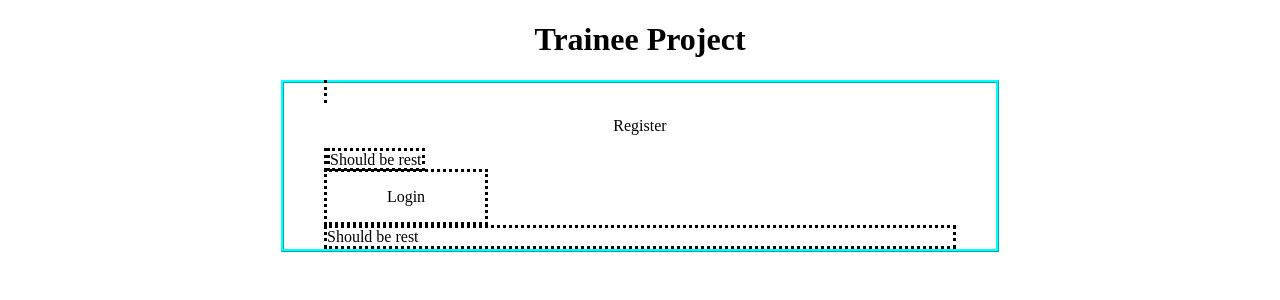
Repository: LsCodeMaster/Training
Page: Trainee/WebContent/trainee.html
An editor plug-in stored every save of this project. The page is shown before and after the next save, followed by the edit.
The browser window is 1280 px wide. The pictures show the whole page.

Above is the page before, as saved 2015-09-15 09:56:18.

After the next save:
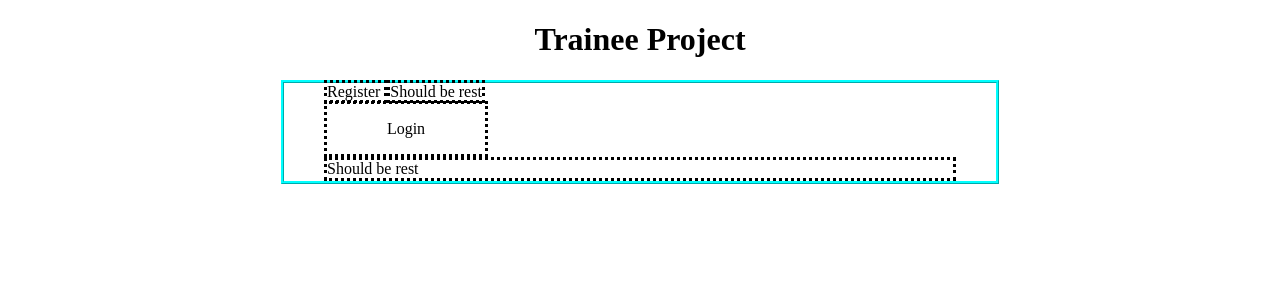
Saved 34 s later.
--- a/Trainee/WebContent/trainee.html
+++ b/Trainee/WebContent/trainee.html
@@ -10,7 +10,7 @@
 	<div class="centeredBox">
 		<div>
 			<span class="loginType">
-				<p>Register</p>
+				Register
 			</span>
 			<span class="border">
 				Should be rest

After the save that followed:
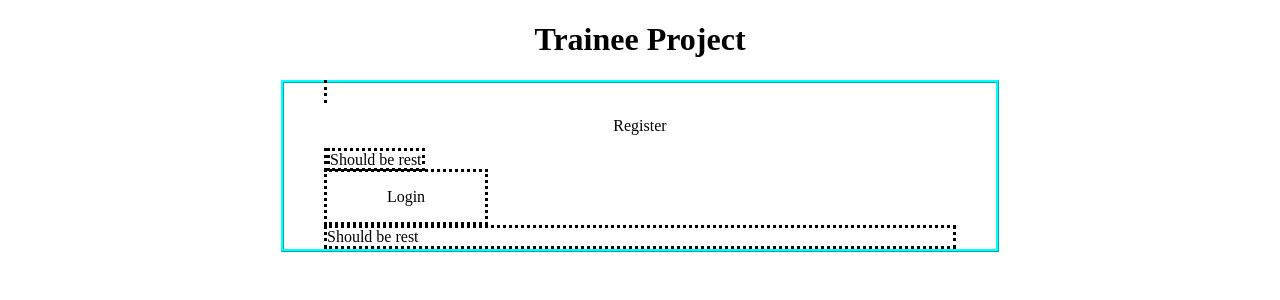
Saved 9 s later.
--- a/Trainee/WebContent/trainee.html
+++ b/Trainee/WebContent/trainee.html
@@ -10,7 +10,7 @@
 	<div class="centeredBox">
 		<div>
 			<span class="loginType">
-				Register
+				<p>Register</p>
 			</span>
 			<span class="border">
 				Should be rest
